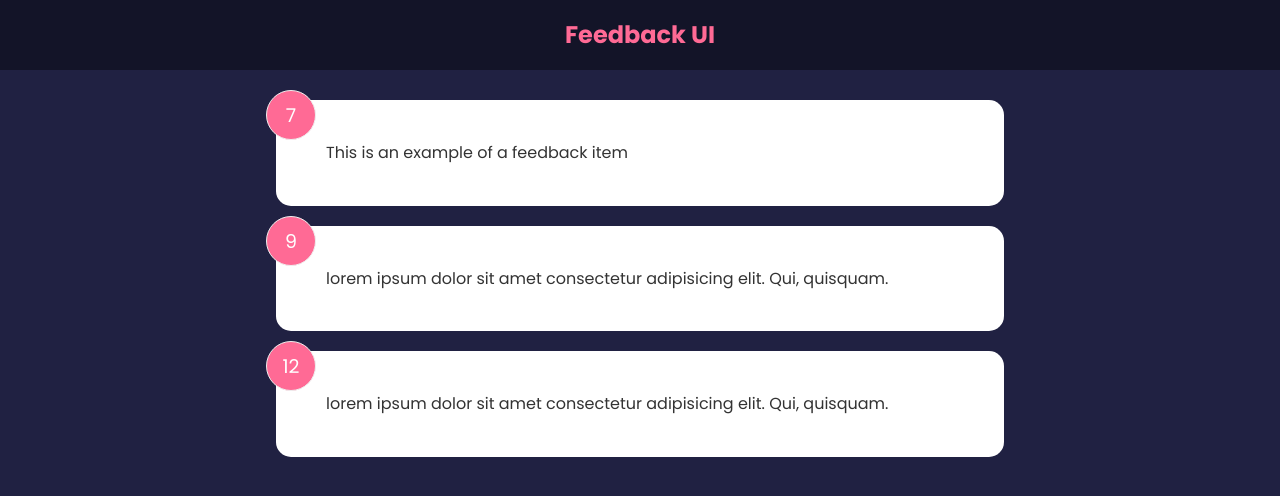
Repository: bayorwor/feedbackapp
Page: /
The author's editor kept a copy of each file at every save. The page is drawn from the files as they stood at one save, then again after the next save.
The browser window is 1280 px wide. The pictures show the whole page.
The project was rebuilt for these pictures with package versions that can differ from the ones it lists, and the page was loaded fresh each time.

Above is the page before, as saved 2022-01-30 18:00:15.

After the next save:
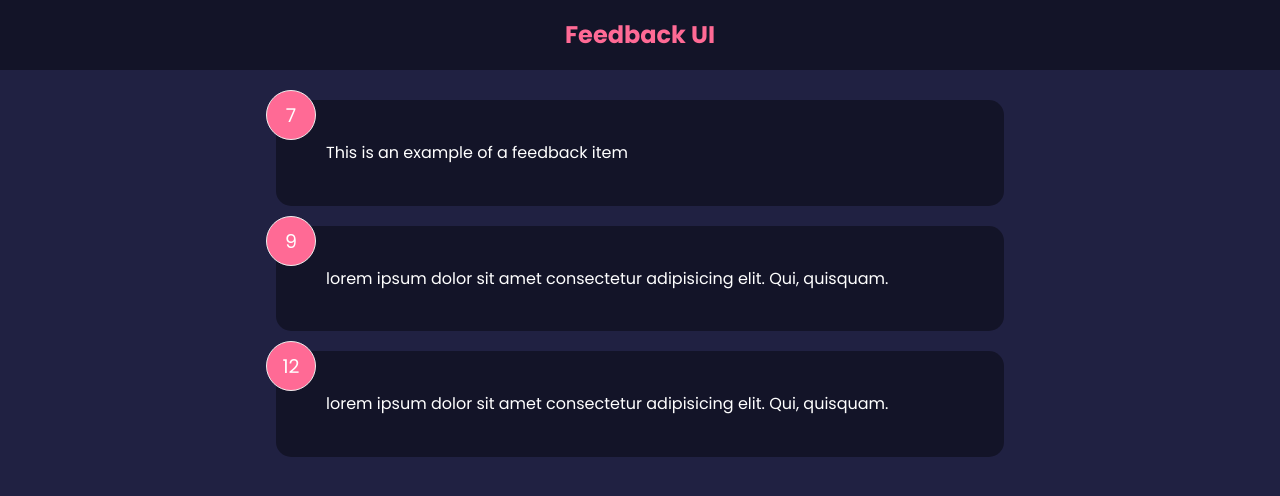
Saved 2 min 54 s later.
--- a/src/components/shared/Card.jsx
+++ b/src/components/shared/Card.jsx
@@ -1,7 +1,9 @@
 import React from "react";
 
-function Card({ children }) {
-  return <div className="card">{children}</div>;
+function Card({ children, reverse }) {
+  return <div className={`card ${reverse && "reverse"}`}>{children}</div>;
 }
 
+Card.defaultProps = {};
+
 export default Card;

After the save that followed:
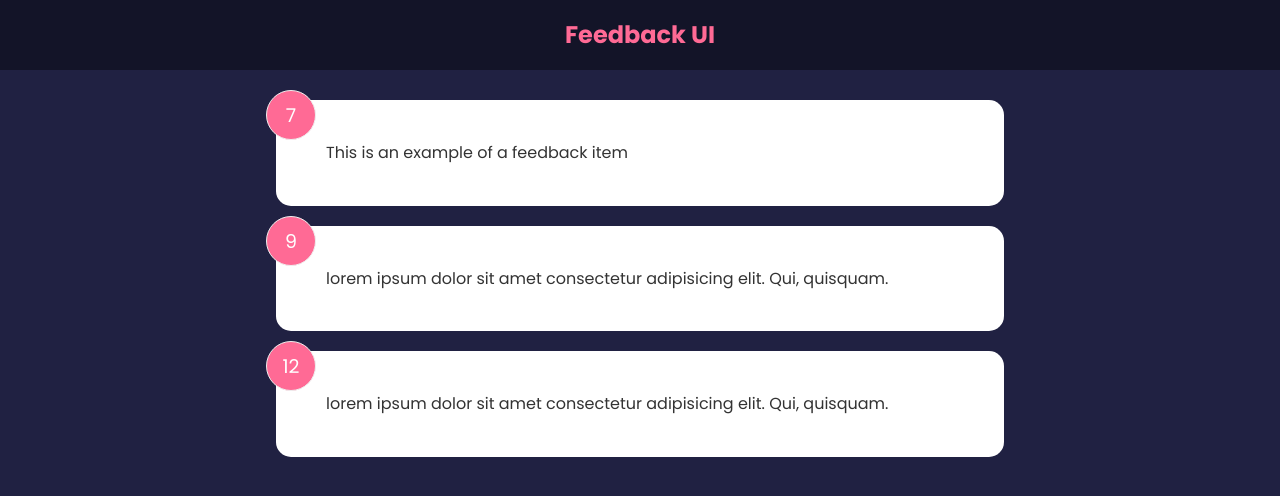
Saved 2 min 37 s later.
--- a/src/components/FeedbaackItem.jsx
+++ b/src/components/FeedbaackItem.jsx
@@ -2,7 +2,7 @@ import Card from "./shared/Card";
 
 function FeedbaackItem({ feedback }) {
   return (
-    <Card reverse={true}>
+    <Card>
       <div className="num-display">{feedback.rating}</div>
       <div className="text-display">{feedback.text}</div>
     </Card>
